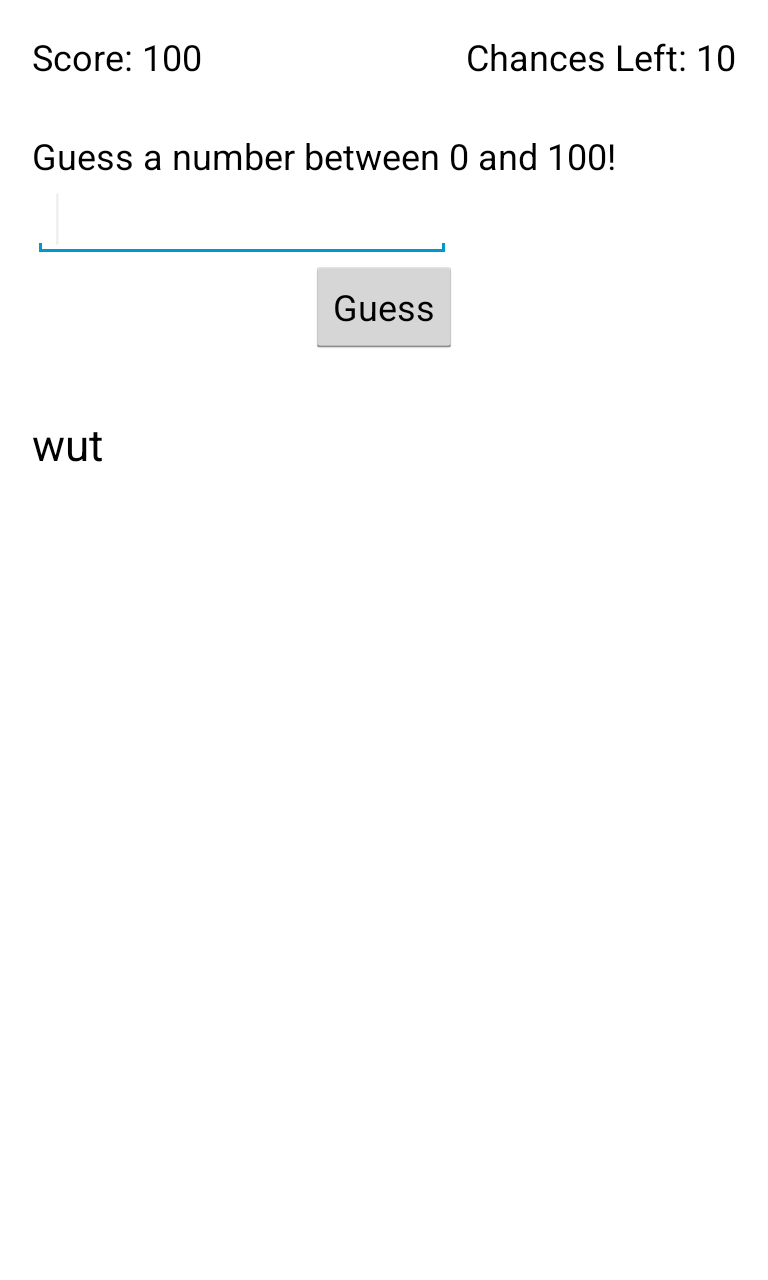
Repository: lethe13/AndroidProgramming
Layout: COMP304-Group1-MicroProject1/res/layout/activity_guessing_game.xml
The author's editor kept a copy of each file at every save. The layout is drawn from the files as they stood at one save, then again after the next save.
It is drawn on a 768 x 1280 px phone screen (xhdpi) without system bars, with theme AppTheme; the app's code is not run.

Above is the layout before, as saved 2015-10-18 20:14:17.

### COMP304-Group1-MicroProject1/res/layout/activity_guessing_game.xml
<RelativeLayout xmlns:android="http://schemas.android.com/apk/res/android"
    xmlns:tools="http://schemas.android.com/tools"
    android:layout_width="match_parent"
    android:layout_height="match_parent"
    android:paddingBottom="@dimen/activity_vertical_margin"
    android:paddingLeft="@dimen/activity_horizontal_margin"
    android:paddingRight="@dimen/activity_horizontal_margin"
    android:paddingTop="@dimen/activity_vertical_margin"
    tools:context="com.example.comp304_microproject1.MainTestGuessingGame" >

     <TextView
        android:id="@+id/lblScore"
        android:layout_width="wrap_content"
        android:layout_height="wrap_content"
        android:text="Score: 100"
        android:textAppearance="?android:attr/textAppearanceMedium" />

     <TextView
        android:id="@+id/lblChance"
        android:layout_width="wrap_content"
        android:layout_height="wrap_content"
        android:text="Chances Left: 10"
        android:layout_alignParentRight="true"
        android:textAppearance="?android:attr/textAppearanceMedium" />

    <TextView
        android:id="@+id/lblInput"
        android:layout_width="wrap_content"
        android:layout_height="wrap_content"
        android:layout_marginTop="25dp"
        android:layout_below="@+id/lblScore"
        android:text="Guess a number between 0 and 100!"
        android:textAppearance="?android:attr/textAppearanceMedium" />

    <EditText
        android:id="@+id/txtInput"
        android:layout_width="wrap_content"
        android:layout_height="wrap_content"
        android:layout_below="@+id/lblInput"
        android:inputType="number"
        android:ems="10" >

        <requestFocus />
    </EditText>

   <Button
        android:id="@+id/btnGo"
        android:layout_width="wrap_content"
        android:layout_height="wrap_content"
        android:layout_centerHorizontal="true"
        android:layout_below="@+id/txtInput"
        android:text="Guess" />

    <TextView
       android:id="@+id/lblMessage"
       android:layout_width="wrap_content"
       android:layout_height="wrap_content"
       android:layout_below="@+id/btnGo"
       android:text=""
       android:textAppearance="?android:attr/textAppearanceLarge" />

   <TextView
       android:id="@+id/textView2"
       android:layout_width="wrap_content"
       android:layout_height="wrap_content"
       android:layout_below="@+id/lblMessage"
       android:text="wut"
       android:textAppearance="?android:attr/textAppearanceLarge" />

</RelativeLayout>

Loaded but not shown: COMP304-Group1-MicroProject1/res/values/styles.xml (common file); COMP304-Group1-MicroProject1/res/values-v11/styles.xml (common file); COMP304-Group1-MicroProject1/res/values-v14/styles.xml (common file); COMP304-Group1-MicroProject1/res/values/dimens.xml (common file); COMP304-Group1-MicroProject1/res/values-w820dp/dimens.xml (common file)

After the next save:
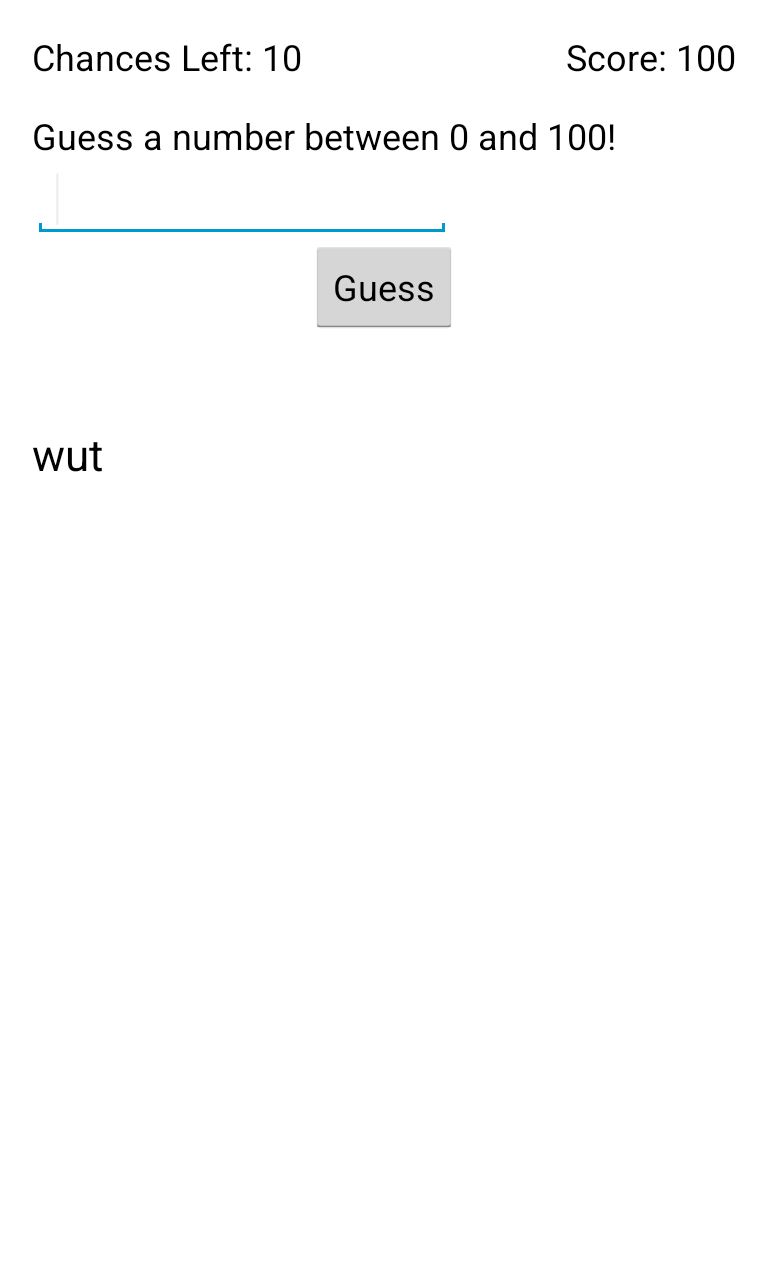
Saved 108 s later.
--- a/COMP304-Group1-MicroProject1/res/layout/activity_guessing_game.xml
+++ b/COMP304-Group1-MicroProject1/res/layout/activity_guessing_game.xml
@@ -8,18 +8,19 @@
     android:paddingTop="@dimen/activity_vertical_margin"
     tools:context="com.example.comp304_microproject1.MainTestGuessingGame" >
 
-     <TextView
-        android:id="@+id/lblScore"
-        android:layout_width="wrap_content"
-        android:layout_height="wrap_content"
-        android:text="Score: 100"
-        android:textAppearance="?android:attr/textAppearanceMedium" />
 
      <TextView
         android:id="@+id/lblChance"
         android:layout_width="wrap_content"
         android:layout_height="wrap_content"
         android:text="Chances Left: 10"
+        android:textAppearance="?android:attr/textAppearanceMedium" />
+
+     <TextView
+        android:id="@+id/lblScore"
+        android:layout_width="wrap_content"
+        android:layout_height="wrap_content"
+        android:text="Score: 100"
         android:layout_alignParentRight="true"
         android:textAppearance="?android:attr/textAppearanceMedium" />
 
@@ -27,8 +28,8 @@
         android:id="@+id/lblInput"
         android:layout_width="wrap_content"
         android:layout_height="wrap_content"
-        android:layout_marginTop="25dp"
-        android:layout_below="@+id/lblScore"
+        android:layout_marginTop="15dp"
+        android:layout_below="@+id/lblChance"
         android:text="Guess a number between 0 and 100!"
         android:textAppearance="?android:attr/textAppearanceMedium" />
 
@@ -55,6 +56,7 @@
        android:id="@+id/lblMessage"
        android:layout_width="wrap_content"
        android:layout_height="wrap_content"
+       android:layout_marginTop="15dp"
        android:layout_below="@+id/btnGo"
        android:text=""
        android:textAppearance="?android:attr/textAppearanceLarge" />
